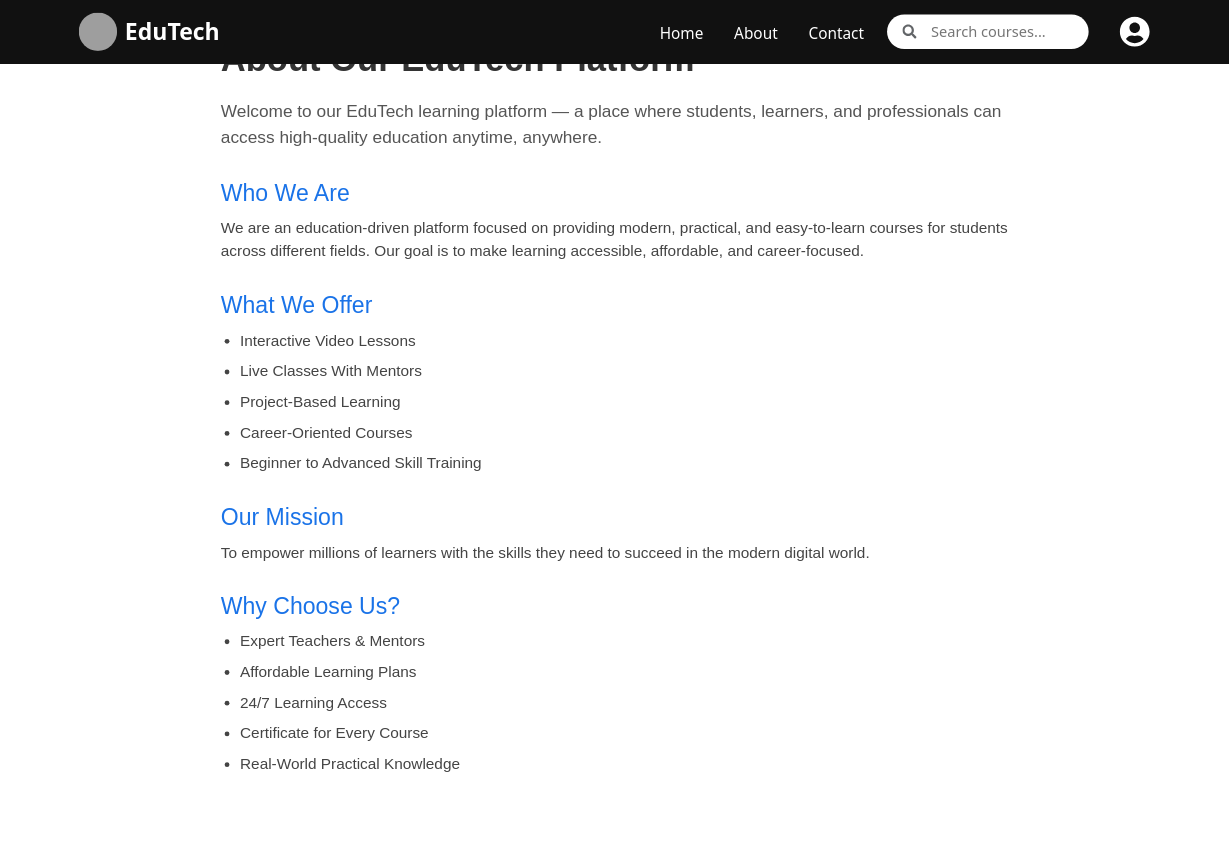
Repository: Aswin74k/project-2
Page: /about
These files come from the project's save history. The page is drawn as it stood at one moment and after the next save; the edit follows.
The browser window is 1280 px wide. The pictures show the whole page, at 96% of full size.
Pictures or frames that could not be fetched are drawn as grey boxes. The project was rebuilt for these pictures with package versions that can differ from the ones it lists, and the page was loaded fresh each time. Also part of the build but not shown: vite.config.js, src/project/Home.css, src/project/Home.jsx.

Above is the page before, as saved 2025-12-09 15:50:37.

### src/main.jsx
import React from "react";
import ReactDOM from "react-dom/client";
import { BrowserRouter } from "react-router-dom";
import App from "./project/App";   // ✅ FIXED - ADD THIS IMPORT
import "bootstrap/dist/css/bootstrap.min.css";

ReactDOM.createRoot(document.getElementById("root")).render(
  <React.StrictMode>
    <BrowserRouter>
      <App />
    </BrowserRouter>
  </React.StrictMode>
);

### src/project/App.jsx
import React from "react";
import { Routes, Route } from "react-router-dom";

import EduNavbar from "./EduNavbar";
import Home from "./Home";
import About from "./About";

export default function App() {
  return (
    <>
      <EduNavbar />

      <Routes>
        <Route path="/" element={<Home />} />
        <Route path="/about" element={<About />} />
      </Routes>
    </>
  );
}

### src/project/EduNavbar.jsx
import React, { useState, useEffect } from "react";
import { Navbar, Nav, Container, InputGroup, Form, Button, Modal } from "react-bootstrap";
import { FaSearch, FaUserCircle } from "react-icons/fa";
import "./navbar.css";

export default function EduNavbar() {
  const [scrolled, setScrolled] = useState(false);

  const [showLogin, setShowLogin] = useState(false);
  const [showSignup, setShowSignup] = useState(false);

  useEffect(() => {
    const handleScroll = () => setScrolled(window.scrollY > 10);
    window.addEventListener("scroll", handleScroll);
    return () => window.removeEventListener("scroll", handleScroll);
  }, []);

  return (
    <>
      {/* NAVBAR */}
      <Navbar expand="lg" fixed="top" className={scrolled ? "navbar navbar-scrolled" : "navbar"}>
        <Container>

          {/* LOGO */}
          <Navbar.Brand href="/" className="d-flex align-items-center gap-2">
            <img
              src="https://www.shutterstock.com/image-vector/elearning-education-icon-flat-style-260nw-1183137523.jpg"
              className="nav-icon"
            />
            EduTech
          </Navbar.Brand>

          <Navbar.Toggle />

          <Navbar.Collapse>
            {/* NAV LINKS */}
            <Nav className="ms-auto align-items-center gap-3">
              <Nav.Link href="/">Home</Nav.Link>
              <Nav.Link href="/About">About</Nav.Link>
              <Nav.Link href="#contact">Contact</Nav.Link>

              {/* SEARCH */}
      <div className="custom-search">
  <FaSearch className="search-left-icon" />
  <input type="text" placeholder="Search courses..." />
</div>


              {/* USER ICON */}
              <FaUserCircle
                className="ms-3"
                size={32}
                style={{ cursor: "pointer", color: "#fff" }}
                onClick={() => setShowLogin(true)}
              />
            </Nav>
          </Navbar.Collapse>
        </Container>
      </Navbar>

      {/* LOGIN MODAL */}
      <Modal show={showLogin} onHide={() => setShowLogin(false)} centered>
        <Modal.Header closeButton>
          <Modal.Title>Login</Modal.Title>
        </Modal.Header>

        <Modal.Body>
          <Form>
            <Form.Group>
              <Form.Label>Email</Form.Label>
              <Form.Control type="email" placeholder="Enter email" />
            </Form.Group>

            <Form.Group className="mt-3">
              <Form.Label>Password</Form.Label>
              <Form.Control type="password" placeholder="Enter password" />
            </Form.Group>

            <Button className="w-100 mt-4" onClick={() => setShowLogin(false)}>
              Login
            </Button>

            <p className="text-center mt-3">
              Don’t have an account?{" "}
              <span
                style={{ color: "#0d6efd", cursor: "pointer" }}
                onClick={() => {
                  setShowLogin(false);
                  setShowSignup(true);
                }}
              >
                Sign Up
              </span>
            </p>
          </Form>
        </Modal.Body>
      </Modal>

      {/* SIGNUP MODAL */}
      <Modal show={showSignup} onHide={() => setShowSignup(false)} centered>
        <Modal.Header closeButton>
          <Modal.Title>Sign Up</Modal.Title>
        </Modal.Header>

        <Modal.Body>
          <Form>
            <Form.Group>
              <Form.Label>Full Name</Form.Label>
              <Form.Control type="text" placeholder="Enter your name" />
            </Form.Group>

            <Form.Group className="mt-3">
              <Form.Label>Email</Form.Label>
              <Form.Control type="email" placeholder="Enter email" />
            </Form.Group>

            <Form.Group className="mt-3">
              <Form.Label>Password</Form.Label>
              <Form.Control type="password" placeholder="Enter password" />
            </Form.Group>

            <Button className="w-100 mt-4" onClick={() => setShowSignup(false)}>
              Create Account
            </Button>

            <p className="text-center mt-3">
              Already have an account?{" "}
              <span
                style={{ color: "#0d6efd", cursor: "pointer" }}
                onClick={() => {
                  setShowSignup(false);
                  setShowLogin(true);
                }}
              >
                Login
              </span>
            </p>
          </Form>
        </Modal.Body>
      </Modal>
    </>
  );
}

### src/project/About.jsx
import React from "react";
import "./About.css";
export default function About() {
  return (
    <div className="about-container">
      <h1 className="about-title">About Our EduTech Platform</h1>

      <p className="about-description">
        Welcome to our EduTech learning platform — a place where students, learners,
        and professionals can access high-quality education anytime, anywhere.
      </p>

      <section className="about-section">
        <h2>Who We Are</h2>
        <p>
          We are an education-driven platform focused on providing modern,
          practical, and easy-to-learn courses for students across different fields.
          Our goal is to make learning accessible, affordable, and career-focused.
        </p>
      </section>

      <section className="about-section">
        <h2>What We Offer</h2>
        <ul>
          <li>Interactive Video Lessons</li>
          <li>Live Classes With Mentors</li>
          <li>Project-Based Learning</li>
          <li>Career-Oriented Courses</li>
          <li>Beginner to Advanced Skill Training</li>
        </ul>
      </section>

      <section className="about-section">
        <h2>Our Mission</h2>
        <p>
          To empower millions of learners with the skills they need to succeed
          in the modern digital world.
        </p>
      </section>

      <section className="about-section">
        <h2>Why Choose Us?</h2>
        <ul>
          <li>Expert Teachers & Mentors</li>
          <li>Affordable Learning Plans</li>
          <li>24/7 Learning Access</li>
          <li>Certificate for Every Course</li>
          <li>Real-World Practical Knowledge</li>
        </ul>
      </section>
    </div>
  );
}

### src/project/Navbar.css
/* BASIC NAVBAR */
.navbar {
  background: #111;
  padding: 12px 0;
  transition: all 0.3s ease;
}

.navbar-scrolled {
  background: #0d0d0d;
  box-shadow: 0 2px 6px rgba(0, 0, 0, 0.4);
}

/* LOGO */
.navbar .navbar-brand {
  font-size: 1.5rem;
  font-weight: 700;
  color: #fff !important;
}

.nav-icon {
  width: 40px;
  height: 40px;
  border-radius: 50%;
  object-fit: cover;
}

/* NAV LINKS */
.navbar-nav .nav-link {
  color: #fff !important;
  font-weight: 500;
  font-size: 1rem;
  padding: 8px 12px;
  position: relative;
  padding-bottom: 4px; /* for underline */
}

/* UNDERLINE ANIMATION */
.navbar-nav .nav-link::after {
  content: "";
  position: absolute;
  left: 0;
  bottom: 0;
  width: 0%;
  height: 2px;
  background: #f4f5f7;
  transition: width 0.3s ease;
}

.navbar-nav .nav-link:hover::after,
.navbar-nav .nav-link.active::after {
  width: 100%;
}

/* Optional active color */
.navbar-nav .nav-link.active {
  color: #0d6efd !important;
}

/* SEARCH BAR */
.custom-search {
  background: #fff;
  padding: 6px 16px;
  border-radius: 50px;
  display: flex;
  align-items: center;
  gap: 10px;
  width: 210px;
}

.custom-search input {
  border: none;
  outline: none;
  font-size: 0.95rem;
  width: 100%;
  background: none;
}

.custom-search .search-left-icon {
  margin-right: 3px;
  font-size: 1.1rem;
  opacity: 0.7;
}

/* USER ICON */
.fa-user-circle {
  color: #fff !important;
  cursor: pointer;
}

/* HAMBURGER TOGGLE BUTTON */
.navbar-toggler {
  border: none !important;
}

.navbar-toggler-icon {
  filter: invert(1);
}

/* --- RESPONSIVENESS --- */

/* Medium Screens (tablets) */
@media (max-width: 992px) {
  .custom-search {
    width: 200px;
  }
}

/* Mobile Screens */
@media (max-width: 768px) {
  .navbar-collapse {
    background: #111;
    padding: 15px 20px;
    border-radius: 8px;
  }

  /* Make search bar full width */
  .custom-search {
    width: 100%;
    margin-top: 12px;
  }

  /* Space between items */
  .navbar-nav .nav-link {
    padding: 12px 0;
  }

  .fa-user-circle {
    margin-top: 12px;
  }
}

/* Extra Small Screens */
@media (max-width: 480px) {
  .navbar-brand {
    font-size: 1.3rem;
  }

  .nav-icon {
    width: 32px;
    height: 32px;
  }
}


/* ===== MODAL GLOBAL STYLE ===== */
.modal-content {
  border-radius: 18px !important;
  padding: 10px 5px;
  background: #ffffff;
  border: none;
  box-shadow: 0px 8px 25px rgba(0, 0, 0, 0.15);
  animation: popupShow 0.25s ease;
}

@keyframes popupShow {
  from { transform: scale(0.95); opacity: 0; }
  to { transform: scale(1); opacity: 1; }
}

.modal-header {
  border-bottom: none;
  text-align: center;
  justify-content: center;
  padding-bottom: 0px;
}

.modal-title {
  font-weight: bold;
  font-size: 1.4rem;
  color: #0d6efd;
}

.modal-body {
  padding-top: 0px !important;
}

/* ===== FORM INPUTS ===== */
.modal-body input {
  padding: 12px 14px;
  border-radius: 10px;
  border: 1px solid #d0d0d0;
  transition: 0.2s;
  font-size: 0.95rem;
}

.modal-body input:focus {
  border-color: #0d6efd;
  box-shadow: 0px 0px 7px rgba(13, 110, 253, 0.4);
}

/* ===== BUTTON ===== */
.modal-body button {
  padding: 10px;
  font-size: 1rem;
  border-radius: 10px;
  background: #0d6efd;
  border: none;
  transition: 0.2s;
}

.modal-body button:hover {
  background: #095ecc;
}

.modal-body p {
  color: #555;
  font-size: 0.9rem;
}

.modal-body span {
  font-weight: bold;
}

/* CLOSE BUTTON STYLE */
.btn-close {
  background-size: 60% !important;
  filter: brightness(0) saturate(100%);
}

### src/project/About.css
.about-container {
  padding: 40px;
  max-width: 900px;
  margin: auto;
  font-family: Arial, sans-serif;
}

.about-title {
  font-size: 36px;
  font-weight: bold;
  margin-bottom: 20px;
  color: #333;
}

.about-description {
  font-size: 18px;
  margin-bottom: 30px;
  color: #555;
}

.about-section {
  margin-bottom: 30px;
}

.about-section h2 {
  color: #1a73e8;
  font-size: 24px;
  margin-bottom: 10px;
}

.about-section p,
.about-section ul {
  color: #444;
  font-size: 16px;
}

.about-section ul {
  padding-left: 20px;
}

.about-section ul li {
  margin-bottom: 8px;
}

Loaded but not shown: index.html (common file)

After the next save:
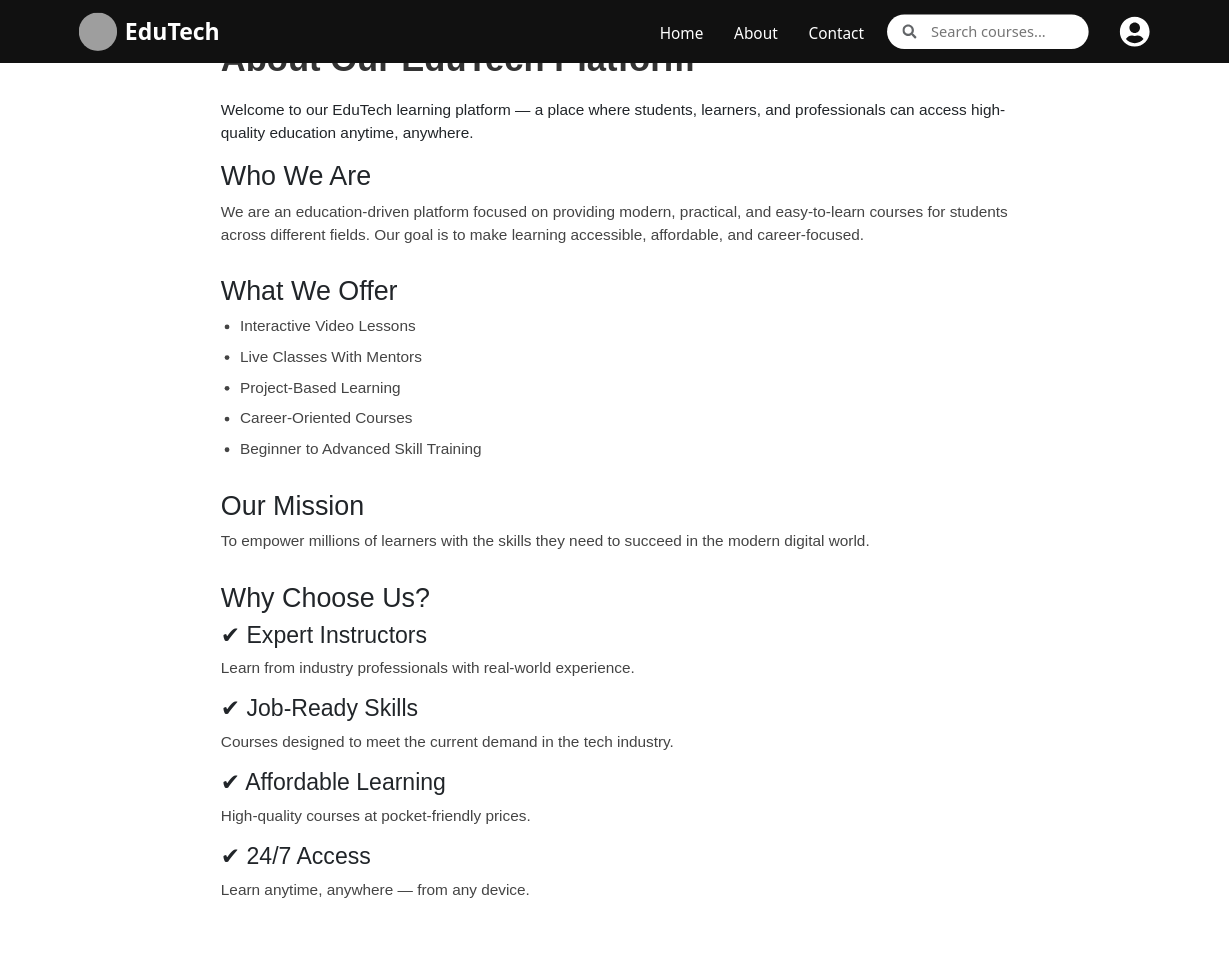
Saved 2 min 4 s later.
--- a/src/project/About.jsx
+++ b/src/project/About.jsx
@@ -1,53 +1,77 @@
 import React from "react";
-import "./About.css";
+import "./about.css";
+
 export default function About() {
   return (
     <div className="about-container">
-      <h1 className="about-title">About Our EduTech Platform</h1>
 
-      <p className="about-description">
-        Welcome to our EduTech learning platform — a place where students, learners,
-        and professionals can access high-quality education anytime, anywhere.
+      <h2 className="about-title">About Our EduTech Platform</h2>
+
+      <p>
+        Welcome to our EduTech learning platform — a place where students,
+        learners, and professionals can access high-quality education anytime,
+        anywhere.
       </p>
 
-      <section className="about-section">
-        <h2>Who We Are</h2>
+      {/* WHO WE ARE */}
+      <div className="about-section">
+        <h3>Who We Are</h3>
         <p>
           We are an education-driven platform focused on providing modern,
-          practical, and easy-to-learn courses for students across different fields.
-          Our goal is to make learning accessible, affordable, and career-focused.
+          practical, and easy-to-learn courses for students across different
+          fields. Our goal is to make learning accessible, affordable, and
+          career-focused.
         </p>
-      </section>
+      </div>
 
-      <section className="about-section">
-        <h2>What We Offer</h2>
-        <ul>
-          <li>Interactive Video Lessons</li>
-          <li>Live Classes With Mentors</li>
-          <li>Project-Based Learning</li>
-          <li>Career-Oriented Courses</li>
-          <li>Beginner to Advanced Skill Training</li>
-        </ul>
-      </section>
+      {/* WHAT WE OFFER */}
+      <div className="about-section">
+        <h3>What We Offer</h3>
+        <div className="about-box">
+          <ul>
+            <li>Interactive Video Lessons</li>
+            <li>Live Classes With Mentors</li>
+            <li>Project-Based Learning</li>
+            <li>Career-Oriented Courses</li>
+            <li>Beginner to Advanced Skill Training</li>
+          </ul>
+        </div>
+      </div>
 
-      <section className="about-section">
-        <h2>Our Mission</h2>
+      {/* MISSION */}
+      <div className="about-section">
+        <h3>Our Mission</h3>
         <p>
-          To empower millions of learners with the skills they need to succeed
-          in the modern digital world.
+          To empower millions of learners with the skills they need to succeed in the modern digital world.
         </p>
-      </section>
+      </div>
 
-      <section className="about-section">
-        <h2>Why Choose Us?</h2>
-        <ul>
-          <li>Expert Teachers & Mentors</li>
-          <li>Affordable Learning Plans</li>
-          <li>24/7 Learning Access</li>
-          <li>Certificate for Every Course</li>
-          <li>Real-World Practical Knowledge</li>
-        </ul>
-      </section>
+      {/* WHY CHOOSE US */}
+      <div className="about-section">
+        <h3>Why Choose Us?</h3>
+
+        <div className="choose-grid">
+          <div className="choose-card">
+            <h4>✔ Expert Instructors</h4>
+            <p>Learn from industry professionals with real-world experience.</p>
+          </div>
+
+          <div className="choose-card">
+            <h4>✔ Job-Ready Skills</h4>
+            <p>Courses designed to meet the current demand in the tech industry.</p>
+          </div>
+
+          <div className="choose-card">
+            <h4>✔ Affordable Learning</h4>
+            <p>High-quality courses at pocket-friendly prices.</p>
+          </div>
+
+          <div className="choose-card">
+            <h4>✔ 24/7 Access</h4>
+            <p>Learn anytime, anywhere — from any device.</p>
+          </div>
+        </div>
+      </div>
     </div>
   );
 }
